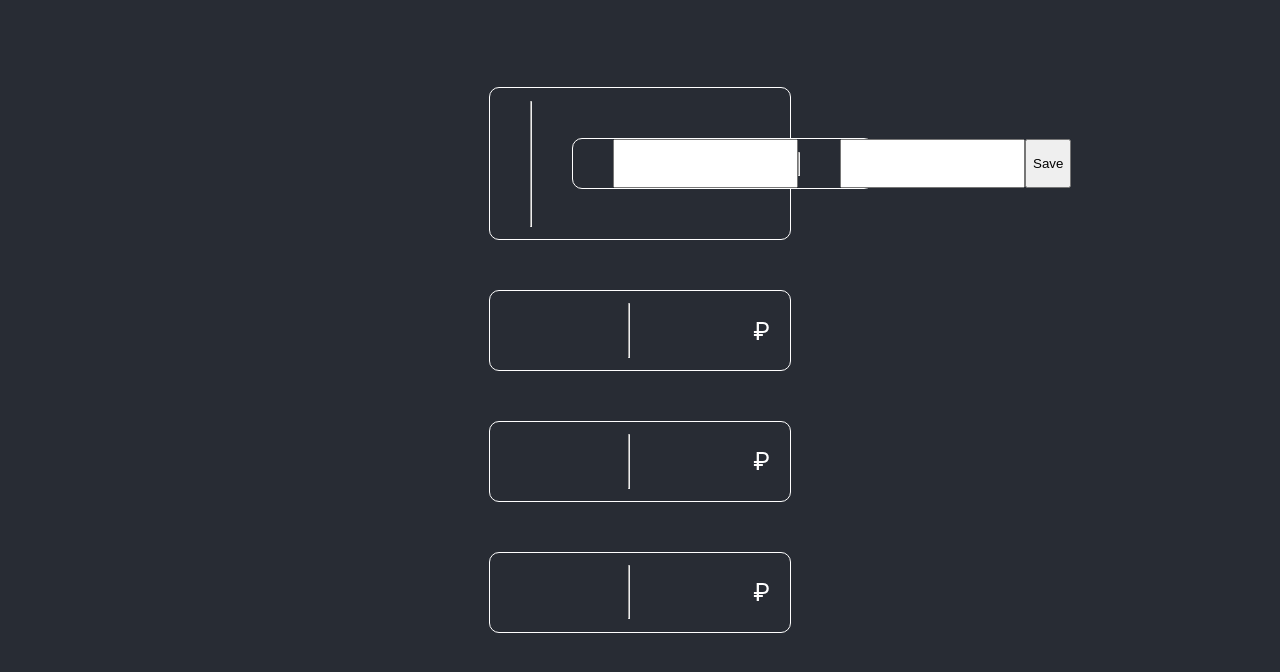
Repository: bandikost/capers
Page: /main
The author's editor kept a copy of each file at every save. The page is drawn from the files as they stood at one save, then again after a run of saves.
The browser window is 1280 px wide. The pictures show the whole page.
The page's requests for data from a server got no answer. The project was rebuilt for these pictures with package versions that can differ from the ones it lists, and the page was loaded fresh each time. No one was signed in, and anything a server would have sent is missing.

Above is the page before, as saved 2023-04-10 12:51:18.

### src/App.js
import logo from './logo.svg';
import './App.css';
import { BrowserRouter, Routes, Route } from "react-router-dom";
import Main from './components/Main';



function App() {
  return (
    <div className="App">
      <header className="App-header">
      <BrowserRouter >
        <Routes>
            <Route path='/main' element={<Main />}/>

        </Routes>
      </BrowserRouter>
      </header>
    </div>
  );
}

export default App;

### src/App.css
.App {
  text-align: center;
}

.App-logo {
  height: 40vmin;
  pointer-events: none;
}


.App-header {
  background-color: #282c34;
  min-height: 100vh;
  display: flex;
  flex-direction: column;
  align-items: center;
  justify-content: center;
  font-size: calc(10px + 2vmin);
  color: white;
}

.App-link {
  color: #61dafb;
}


.table {
  height: auto;
  margin: 0 auto 0;
}

.cell {
  border: 1px solid white;
  border-radius: 10px;
  width: 300px;
  margin: 50px 0px;
  display: flex;
  justify-content: space-between;
}

.cell p {
  padding: 0 20px;
}

### src/components/Main.jsx
import React, { useState, useEffect } from "react";
import firebase from "../firebase";
import UserInput from "./UserInput";

export const Main = () => {
  const [name, setName] = useState({});
  const [balance, setbalance] = useState({});

  useEffect(() => {
    const balanceRef = firebase.database().ref("balance");
    balanceRef.on("value", (snapshot) => {
      const data = snapshot.val();
      setbalance(data);
    });

    const nameRef = firebase.database().ref("name");
    nameRef.on("value", (snapshot) => {
      const data = snapshot.val();
      setName(data);
    });
  }, []);

  const getHighestBalanceUser = () => {
    const users = Object.keys(balance);
    let highestBalance = -Infinity;
    let highestBalanceUser = "";
    users.forEach((user) => {
      if (balance[user] > highestBalance) {
        highestBalance = balance[user];
        highestBalanceUser = user;
      }
    });
    return highestBalanceUser;
  };

  return (
    <div className="table">
      <div className="cell">
        <p>{name.user1}</p>
        <hr />
        <p>{balance.user1}</p>
        <UserInput userId="user1" name={name.user1} balance={balance.user1} />
      </div>
      <div className="cell">
        <p>{name.user2}</p>
        <hr />
        <p>{balance.user2}<span style={{marginLeft: "5px"}}>₽</span></p>
      </div>
      <div className="cell">
        <p>{name.user3}</p>
        <hr />
        <p>{balance.user3}<span style={{marginLeft: "5px"}}>₽</span></p>
      </div>
      <div className="cell">
        <p>{name.user4}</p>
        <hr />
        <p>{balance.user4}<span style={{marginLeft: "5px"}}>₽</span></p>

        </div>
        </div>

  )
}
  export default Main;

### src/firebase.js

import "firebase/database";
import firebase from "firebase/compat/app";
import "firebase/compat/database";
import { getAuth } from "firebase/auth";
import { getFirestore } from "firebase/firestore";
import { getStorage, ref } from "firebase/storage";


const firebaseConfig = {
    apiKey: "AIzaSyBp1x8lQCSbuPwbK_sXJ7eGkGpN9c7ONY8",
    authDomain: "capers-a3171.firebaseapp.com",
    databaseURL: "https://capers-a3171-default-rtdb.europe-west1.firebasedatabase.app",
    projectId: "capers-a3171",
    storageBucket: "capers-a3171.appspot.com",
    messagingSenderId: "794243042023",
    appId: "1:794243042023:web:668504b8bdcbe9b7c63042",
    measurementId: "G-7YW48MQCSP"
  };

firebase.initializeApp(firebaseConfig);

export const auth = getAuth();
export const storage = getStorage()
export const db = getFirestore();
export default firebase;

### src/components/UserInput.js
import React, { useState } from "react";

const UserInput = ({ user, name, balance, onChange }) => {
  const [inputName, setInputName] = useState(name);
  const [inputBalance, setInputBalance] = useState(balance);

  const handleNameChange = (e) => {
    setInputName(e.target.value);
  };

  const handleBalanceChange = (e) => {
    setInputBalance(e.target.value);
  };

  return (
    <div className="cell">
      <p>{inputName}</p>
      <input type="text" value={inputName} onChange={handleNameChange} />
      <hr />
      <p>{inputBalance}</p>
      <input type="number" value={inputBalance} onChange={handleBalanceChange} />
      <button onClick={() => onChange(user, inputName, inputBalance)}>Save</button>
    </div>
  );
};

export default UserInput;

Loaded but not shown: public/index.html (common file); src/index.js (common file); src/index.css (common file); src/reportWebVitals.js (common file)

After the next 3 saves:
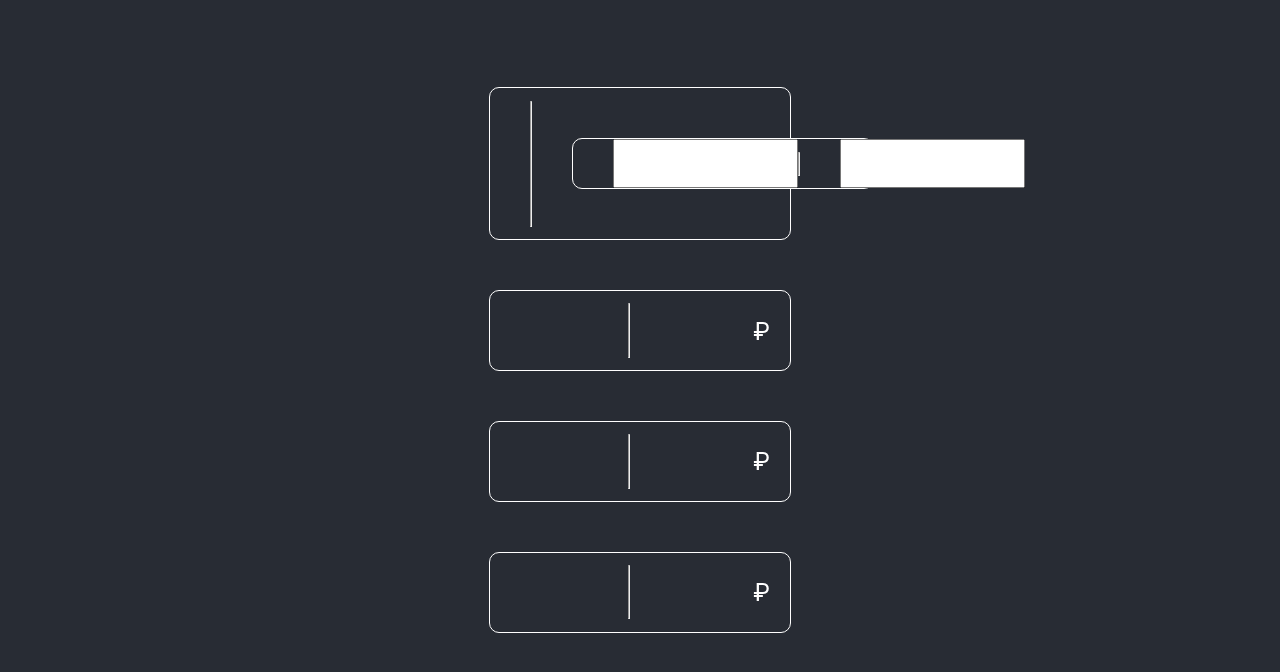
The 3 saves are shown as one change because they came seconds apart.
The last was saved 37 s later.
--- a/src/components/UserInput.js
+++ b/src/components/UserInput.js
@@ -19,7 +19,7 @@ const UserInput = ({ user, name, balance, onChange }) => {
       <hr />
       <p>{inputBalance}</p>
       <input type="number" value={inputBalance} onChange={handleBalanceChange} />
-      <button onClick={() => onChange(user, inputName, inputBalance)}>Save</button>
+
     </div>
   );
 };
